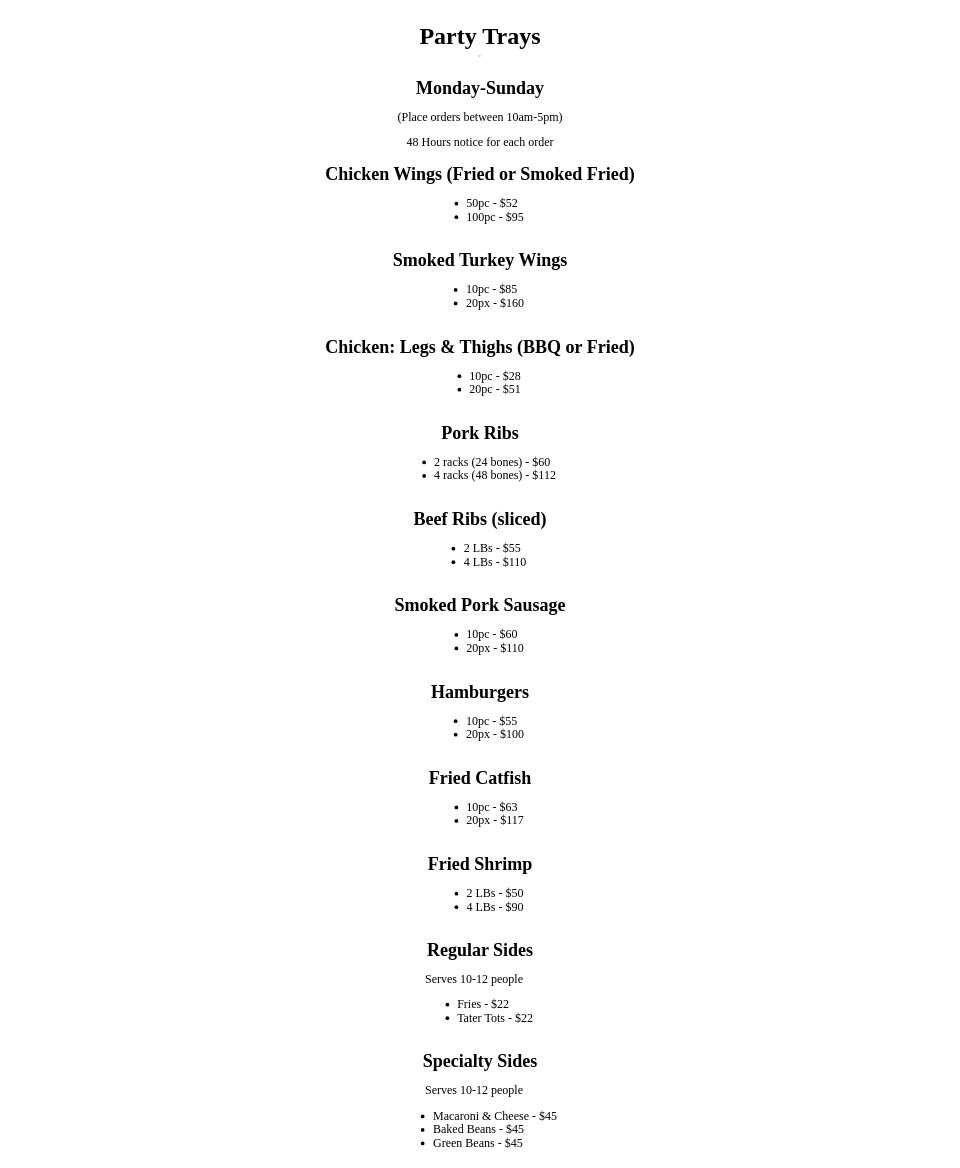
Repository: dukedward/smokehousemenu
Page: pages/trays.html
The author's editor kept a copy of each file at every save. The page is drawn from the files as they stood at one save, then again after the next save.
The browser window is 1280 px wide. The pictures show the whole page, at 75% of full size.

Above is the page before, as saved 2023-02-28 14:14:56.

### pages/trays.html
<!DOCTYPE html>
<html lang="en">
<head>
    <meta charset="UTF-8">
    <meta http-equiv="X-UA-Compatible" content="IE=edge">
    <meta name="viewport" content="width=device-width, initial-scale=1.0">
    <link rel="stylesheet" href="trays.css" />
    <title>Party Trays</title>
</head>
<body>
    <div class="title">
        <h1>Party Trays</h1>
        <hr>
        <h2>Monday-Sunday</h2>
        <p>(Place orders between 10am-5pm)</p>
        <p>48 Hours notice for each order</p>
    </div>
    <div class="sections">
        <div class="sect">
            <h2>Chicken Wings (Fried or Smoked Fried)</h2>
            <ul>
                <li>50pc - $52</li>
                <li>100pc - $95</li>
            </ul>
        </div>
        <div class="sect">
            <h2>Smoked Turkey Wings</h2>
            <ul>
                <li>10pc - $85</li>
                <li>20px - $160</li>
            </ul>
        </div>
        <div class="sect">
            <h2>Chicken: Legs & Thighs (BBQ or Fried)</h2>
            <ul>
                <li>10pc - $28</li>
                <li>20pc - $51</li>
            </ul>
        </div>
        <div class="sect">
            <h2>Pork Ribs</h2>
            <ul>
                <li>2 racks (24 bones) - $60</li>
                <li>4 racks (48 bones) - $112</li>
            </ul>
        </div>
        <div class="sect">
            <h2>Beef Ribs (sliced)</h2>
            <ul>
                <li>2 LBs - $55</li>
                <li>4 LBs - $110</li>
            </ul>
        </div>
        <div class="sect">
            <h2>Smoked Pork Sausage</h2>
            <ul>
                <li>10pc - $60</li>
                <li>20px - $110</li>
            </ul>
        </div>
        <div class="sect">
            <h2>Hamburgers</h2>
            <ul>
                <li>10pc - $55</li>
                <li>20px - $100</li>
            </ul>
        </div>
        <div class="sect">
            <h2>Fried Catfish</h2>
            <ul>
                <li>10pc - $63</li>
                <li>20px - $117</li>
            </ul>
        </div>
        <div class="sect">
            <h2>Fried Shrimp</h2>
            <ul>
                <li>2 LBs - $50</li>
                <li>4 LBs - $90</li>
            </ul>
        </div>
        <div class="sect">
            <h2>Regular Sides</h2>
            <div class="desc">
                <p>Serves 10-12 people</p>
            </div>
            <ul>
                <li>Fries - $22</li>
                <li>Tater Tots - $22</li>
            </ul>
        </div>
        <div class="sect">
            <h2>Specialty Sides</h2>
            <div class="desc">
                <p>Serves 10-12 people</p>
            </div>
            <ul>
                <li>Macaroni & Cheese - $45</li>
                <li>Baked Beans - $45</li>
                <li>Green Beans - $45</li>
            </ul>
        </div>
    </div>
</body>
</html>

### pages/trays.css
/* * {
	margin: 0;
	padding: 0;
} */

.title {
	display: flex;
	flex-direction: column;
	justify-content: center;
	align-items: center;
}

.title h1,h2,p {
    margin-bottom: 0;
}

.sections {
	display: grid;
	/* display: flex; */
	/* justify-content: center; */
	/* align-items: center; */
}

.sect, .sub-sect {
	display: flex;
	flex-direction: column;
	justify-content: center;
	align-items: center;
}

.sect h2,h3 {
    margin-bottom: 0;
}

.desc {
    display: flex;
    flex-direction: row;
    justify-content: space-between;
}

.desc p {
    padding-right: 1rem;
}

dt {
    font-size: medium;
    font-weight: bold;
}

dd {
    margin-bottom: 1rem;
}

After the next save:
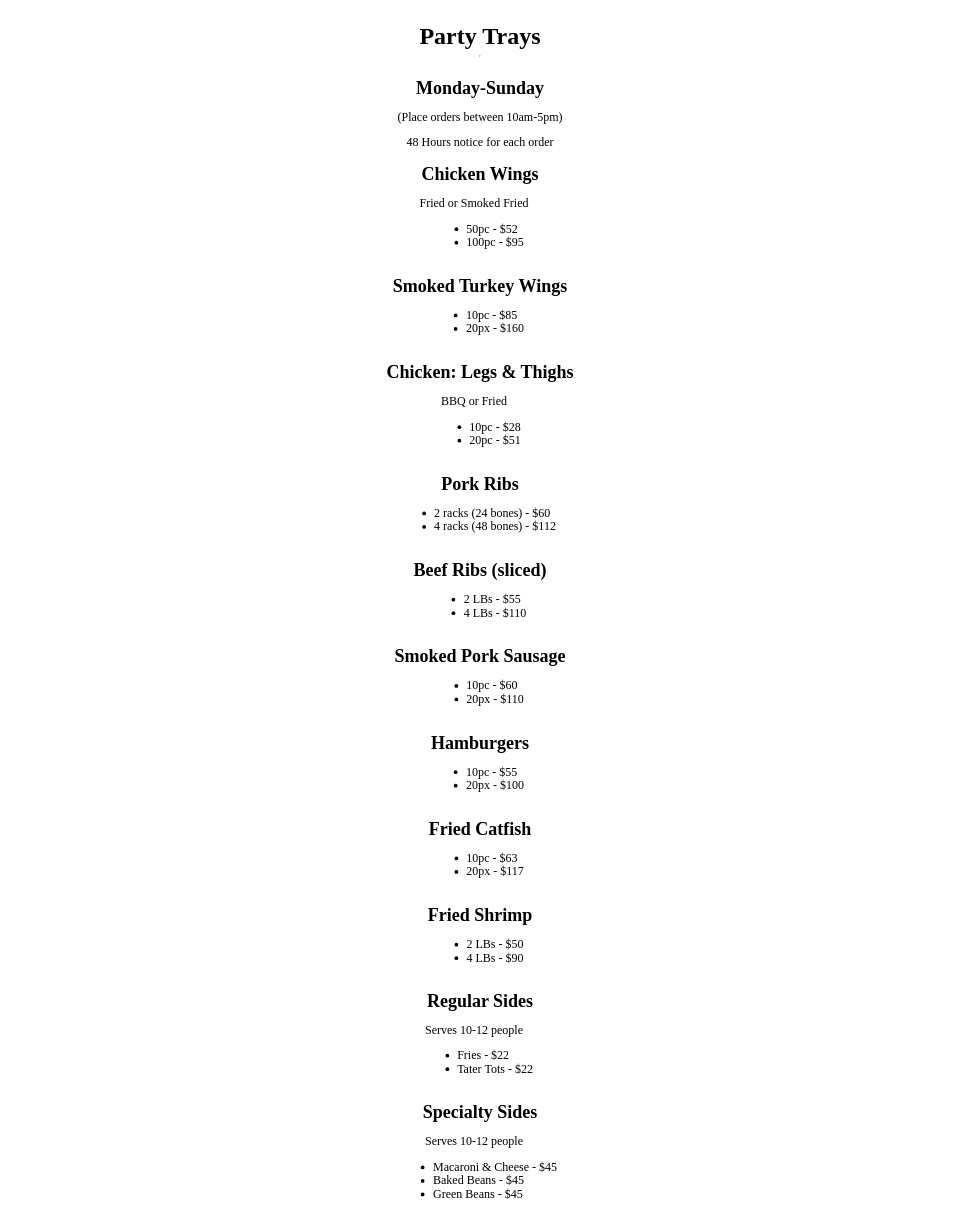
Saved 32 min 42 s later.
--- a/pages/trays.html
+++ b/pages/trays.html
@@ -17,7 +17,10 @@
     </div>
     <div class="sections">
         <div class="sect">
-            <h2>Chicken Wings (Fried or Smoked Fried)</h2>
+            <h2>Chicken Wings</h2>
+            <div class="desc">
+                <p>Fried or Smoked Fried</p>
+            </div>
             <ul>
                 <li>50pc - $52</li>
                 <li>100pc - $95</li>
@@ -31,7 +34,10 @@
             </ul>
         </div>
         <div class="sect">
-            <h2>Chicken: Legs & Thighs (BBQ or Fried)</h2>
+            <h2>Chicken: Legs & Thighs</h2>
+            <div class="desc">
+                <p>BBQ or Fried</p>
+            </div>
             <ul>
                 <li>10pc - $28</li>
                 <li>20pc - $51</li>
